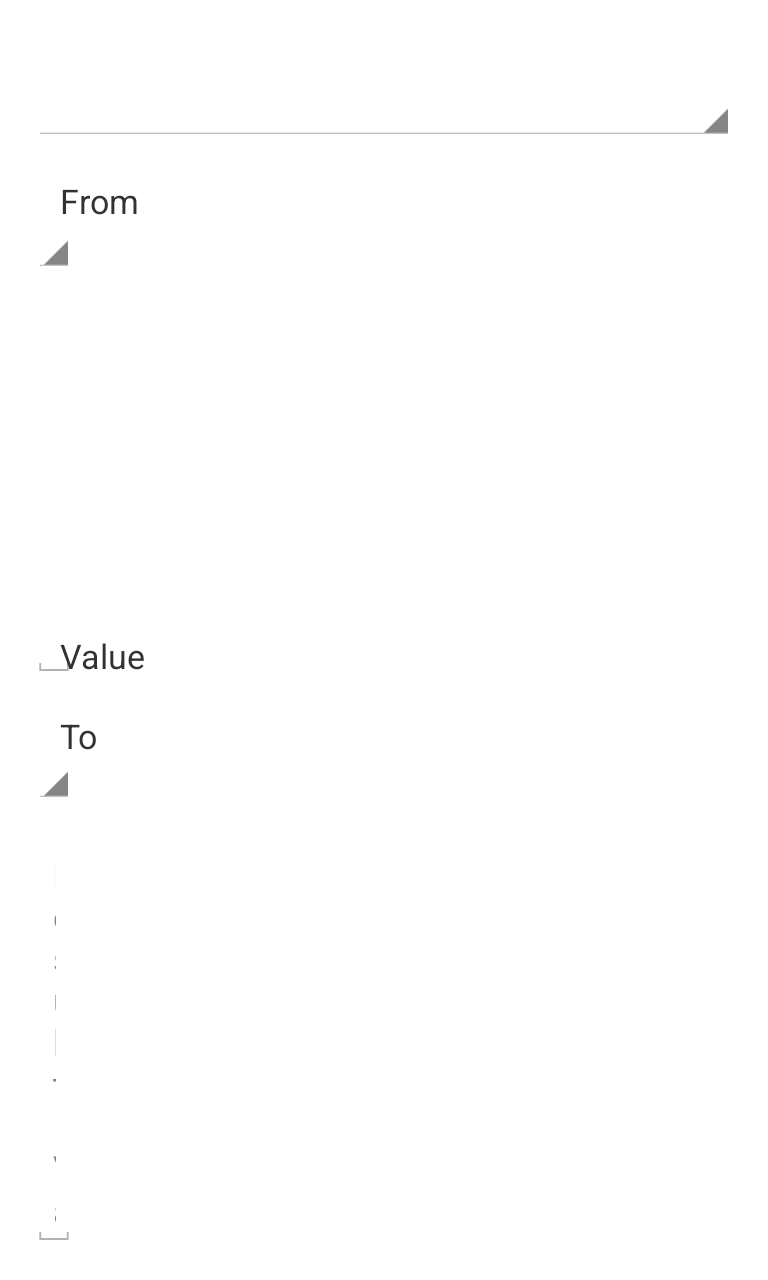
Repository: nisithasadangi/Demo_Nisith
Layout: Converter/res/layout/activity_main.xml
An editor plug-in stored every save of this project. The layout is shown before and after the next save, followed by the edit.
It is drawn on a 768 x 1280 px phone screen (xhdpi) without system bars, with theme AppTheme; the app's code is not run.

Above is the layout before, as saved 2015-09-26 06:03:01.

After the next save:
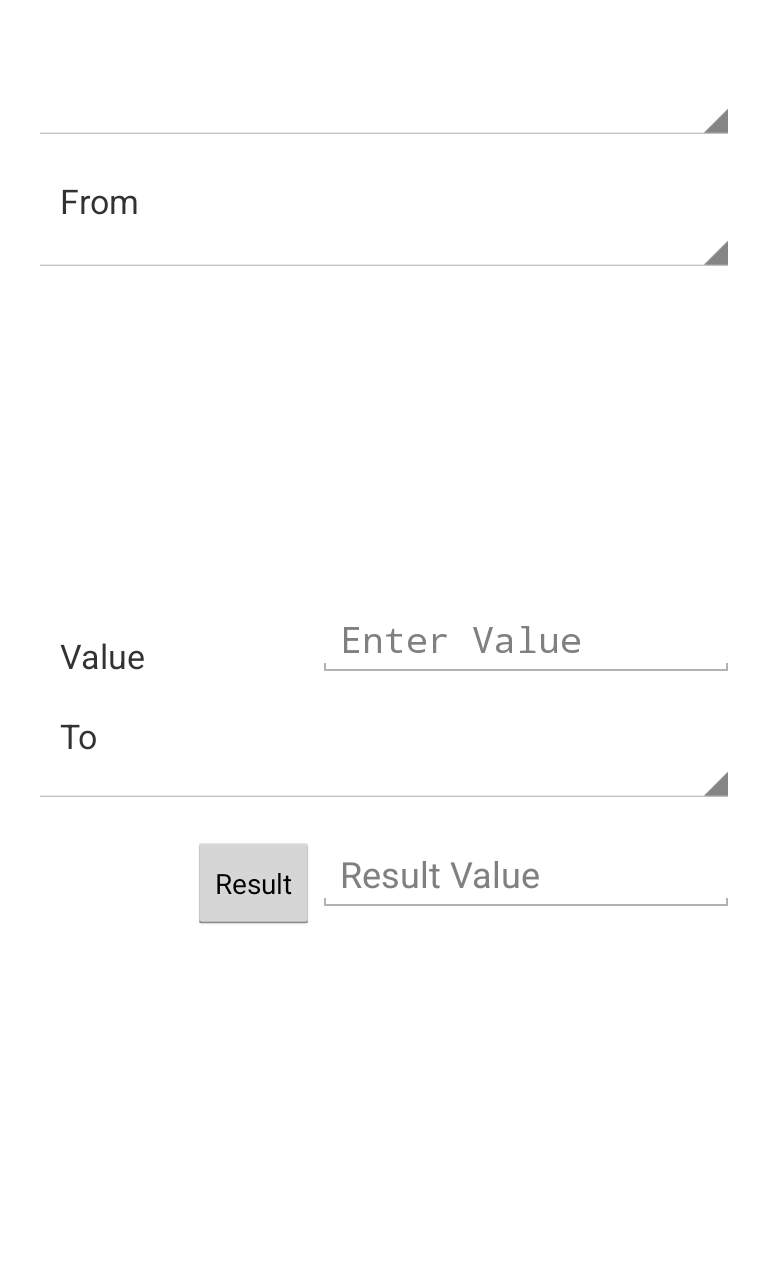
Saved 24 min 15 s later.
--- a/Converter/res/layout/activity_main.xml
+++ b/Converter/res/layout/activity_main.xml
@@ -10,7 +10,7 @@
 
     <Spinner
         android:id="@+id/fromunitspinner"
-        android:layout_width="wrap_content"
+        android:layout_width="fill_parent"
         android:layout_height="wrap_content"
         android:layout_alignLeft="@+id/unitspinner"
         android:layout_below="@+id/unitspinner"
@@ -49,7 +49,7 @@
 
     <Spinner
         android:id="@+id/tounitspinner"
-        android:layout_width="wrap_content"
+        android:layout_width="fill_parent"
         android:layout_height="wrap_content"
         android:layout_alignRight="@+id/entervalueeditText"
         android:layout_below="@+id/entervalueeditText"
